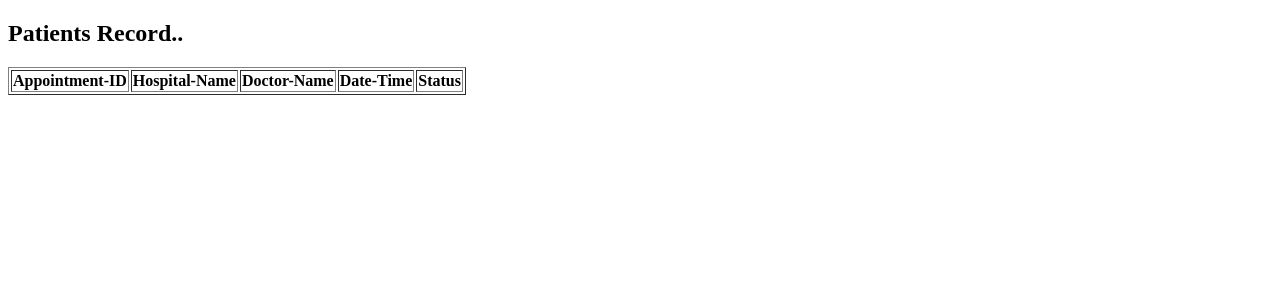
Repository: anujsoni10001/JSP-Servlet
Page: http://localhost/Minor/patientrecord.jsp
These files come from the project's save history. The page is drawn as it stood at one moment and after the next save; the edit follows.
The browser window is 1280 px wide. The pictures show the whole page.
The page is served by Tomcat 9. Queries for data that is not in the repository find no rows.

Above is the page before, as saved 2019-03-23 04:53:17.

After the next save:
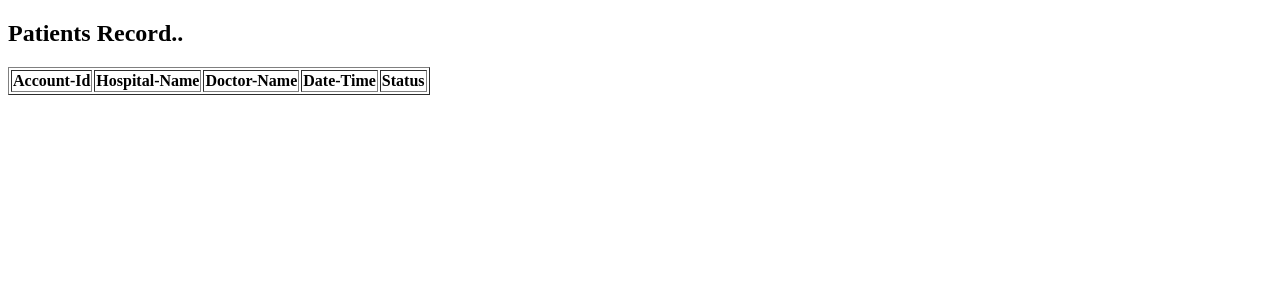
Saved 26 s later.
--- a/FinalProject/minor - Copy/Minor/WebContent/patientrecord.jsp
+++ b/FinalProject/minor - Copy/Minor/WebContent/patientrecord.jsp
@@ -15,7 +15,7 @@ java.util.ArrayList<pp.PatientAccountBean> a1=rd.ShowallPatient();
 %>
 <table border=1>
 <tr>
-<th>Appointment-ID</th>
+<th>Account-Id</th>
 <th>Hospital-Name</th>
 <th>Doctor-Name</th>
 <th>Date-Time</th>
